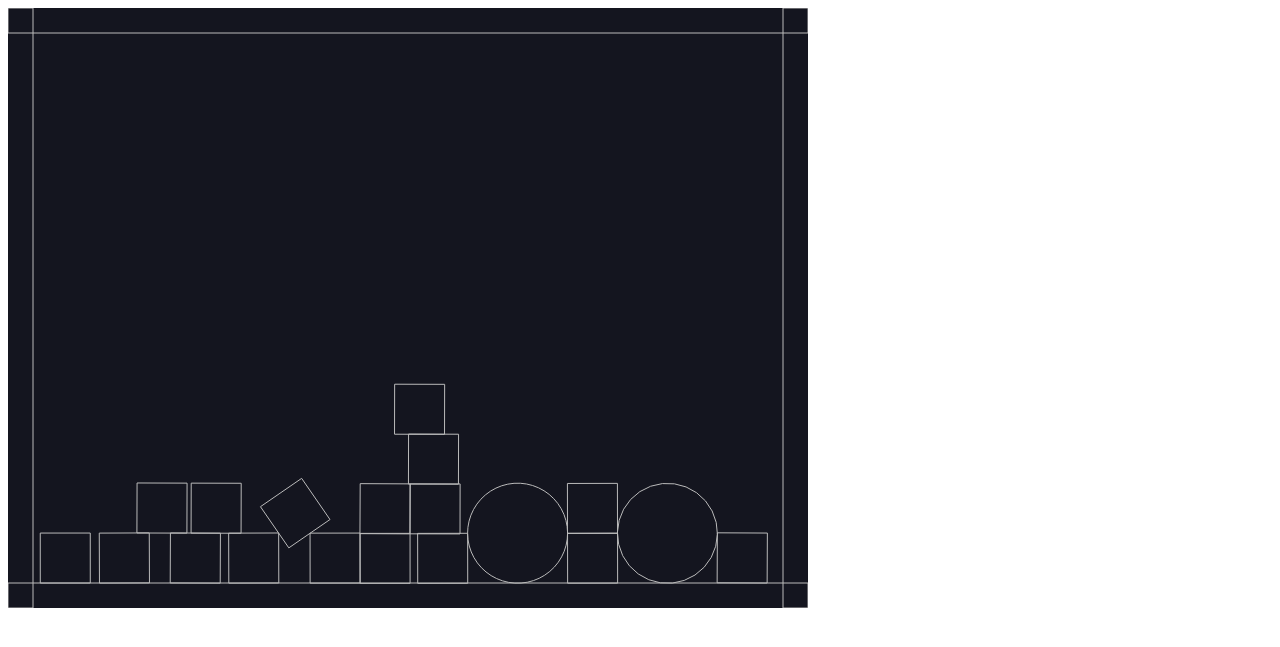
Repository: Sbethm/maze-runner
Page: index.html
The author's editor kept a copy of each file at every save. The page is drawn from the files as they stood at one save, then again after the next save.
The browser window is 1280 px wide. The pictures show the whole page.
Some web libraries are served in a nearby version.

Above is the page before, as saved 2021-10-01 16:13:14.

After the next save:
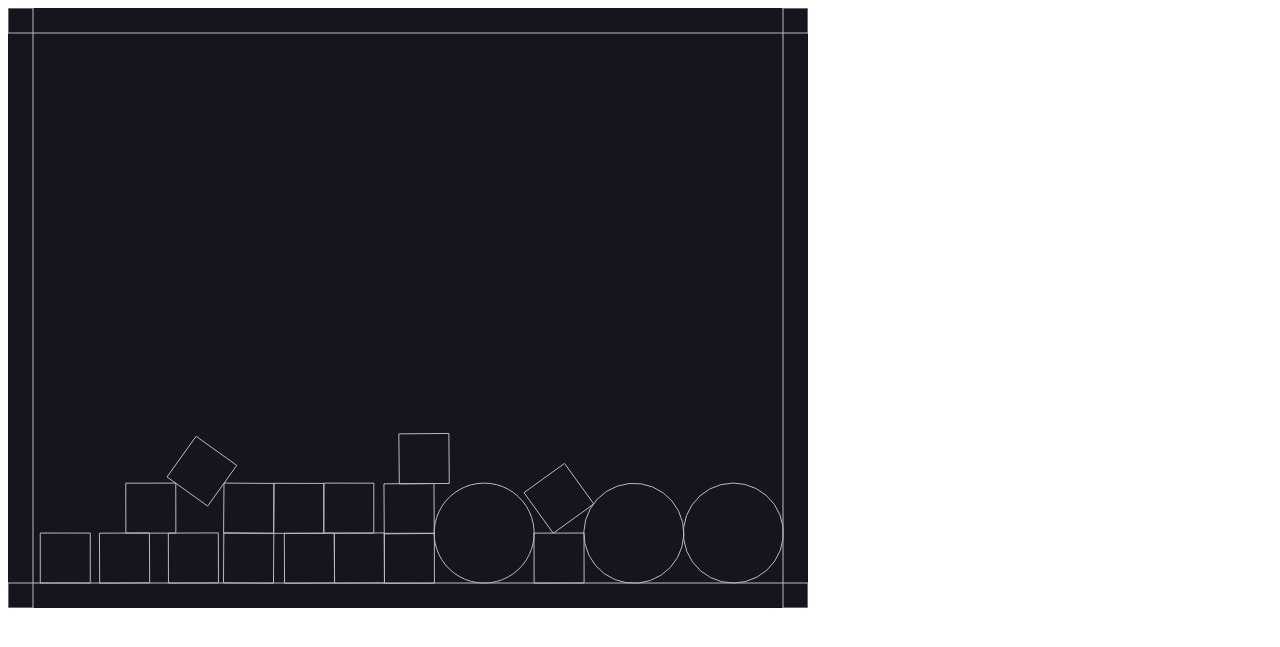
Saved 6 s later.
--- a/app.js
+++ b/app.js
@@ -32,7 +32,7 @@ const shape = [
     Bodies.rectangle(630, 200, 50, 50),
     Bodies.polygon(630, 200, 50, 50, 50),
     Bodies.rectangle(630, 200, 50, 50),
-    Bodies.rectangle(750, 200, 50, 50),
+    Bodies.circle(750, 200, 50, 50),
     Bodies.rectangle(200, 200, 50, 50),
     Bodies.rectangle(200, 200, 50, 50),
     Bodies.rectangle(200, 200, 50, 50),
